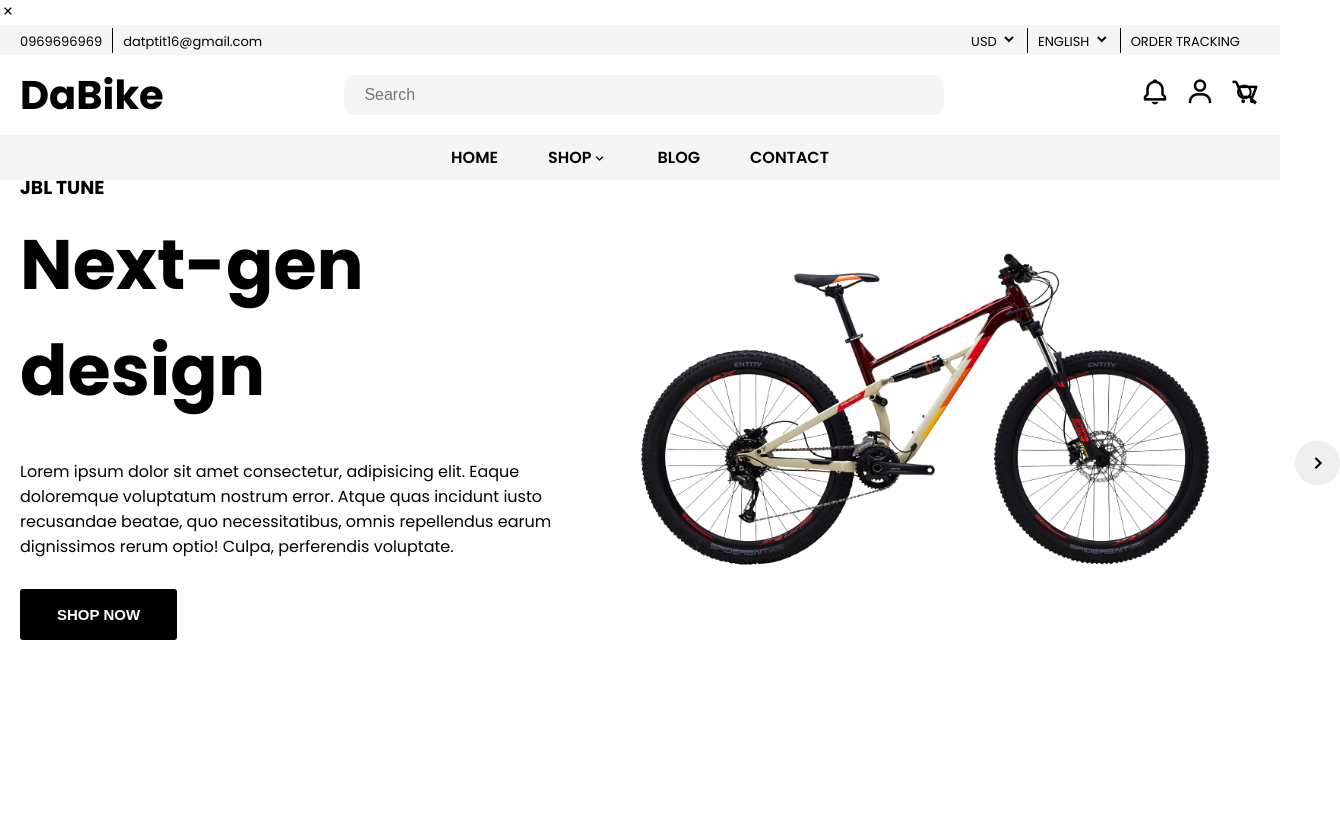
Repository: Datt21/DacMaxx
Page: index.html
These files come from the project's save history. The page is drawn as it stood at one moment and after the next save; the edit follows.
The browser window is 1280 px wide. The page is 1340 px wide, so the pictures cover 1340 px, including what lies to the right of the window. The pictures show the whole page.

Above is the page before, as saved 2021-07-07 01:41:24.

### index.html
<!DOCTYPE html>
<html lang="en">
<head>
    <meta charset="UTF-8">
    <meta http-equiv="X-UA-Compatible" content="IE=edge">
    <meta name="viewport" content="width=device-width, initial-scale=1.0">
    <title>DaBike</title>
    <!--======== FONTS =========-->
    <link rel="preconnect" href="https://fonts.gstatic.com">
    <link rel="stylesheet" href="https://fonts.googleapis.com/css2?family=Poppins:ital,wght@0,100;0,200;0,300;0,400;0,500;0,600;0,700;0,800;0,900;1,100;1,200;1,300;1,400;1,500;1,600;1,700;1,900&display=swap">

    <!--========= ICONS =========-->
    <link rel="stylesheet" href="./boxicons-2.0.7/css/boxicons.min.css">
    <link href='https://unpkg.com/boxicons@2.0.7/css/boxicons.min.css' rel='stylesheet'>

    <!--========= LINK CSS =========-->
    <link rel="stylesheet" href="./css/grid.css">
    <link rel="stylesheet" href="./css/app.css">
</head>
<body>

    <!--========= HEADER ===========-->
    <header>
        <!-- mobile menu -->
        <div class="mobile-menu bg-second">
            <a href="#" class="mb-logo">DaBike</a>

            <span class="mb-menu-toggle mb-menu-close" id="mb-menu-close">
                <i class='bx bx-menu'></i>
            </span>
        </div>
        <!-- end mobile menu -->
        <!-- main header -->
        <div class="header-wrapper" id="header-wrapper">
            <span class="mb-menu-toggle" id="mb-menu-toggle">
                <i class='bx bx-x'></i>
            </span>
            <!-- top header -->
            <div class="bg-second">
                <div class="top-header container">
                    <ul class="devided">
                        <li>
                            <a href="#">0969696969</a>
                        </li>
                        <li>
                            <a href="#">datptit16@gmail.com</a>
                        </li>
                    </ul>
                    <ul class="devided">
                        <li class="dropdown">
                            <a href="">USD</a>
                            <i class='bx bxs-chevron-down' ></i>
                            <ul class="dropdown-content">
                                <li><a href="">VND</a></li>
                                <li><a href="">JPY</a></li>
                                <li><a href="">EUR</a></li>
                            </ul>
                        </li>
                        <li class="dropdown">
                            <a href="">ENGLISH</a>
                            <i class='bx bxs-chevron-down' ></i>
                            <ul class="dropdown-content">
                                <li><a href="">VIETNAMESE</a></li>
                                <li><a href="">JAPANESE</a></li>
                                <li><a href="">FRENCH</a></li>
                                <li><a href="">SPANISH</a></li>
                            </ul>
                        </li>
                        <li><a href="#">ORDER TRACKING</a></li>
                    </ul>
                </div>
            </div>
            <!-- end top header -->
            <!-- mid header -->
            <div class="bg-main">
                <div class="mid-header container">
                    <a href="#" class="logo">DaBike</a>
                    <div class="search">
                        <input type="text" placeholder="Search">
                        <i class='bx bx-search-alt-2' ></i>
                    </div>
                    <ul class="user-menu">
                        <li><a href=""><i class='bx bx-bell' ></i> </a></li>
                        <li><a href=""><i class='bx bx-user' ></i> </a></li>
                        <li><a href=""><i class='bx bx-cart' ></i> </a></li>
                    </ul>
                </div>
            </div>
            <!-- end mid header -->
            <!-- bottom header -->
            <div class="bg-second">
                <div class="bottom-header container">
                    <ul class="main-menu">
                        <li><a href="">Home</a></li>
                        <!-- mega menu -->
                        <li class="mega-dropdown">
                            <a href="./products.html">Shop <i class='bx bx-chevron-down'></i></a>
                            <div class="mega-content">
                                <div class="row">
                                    <div class="col-3">
                                        <div class="box">
                                            <h3>categories</h3>
                                            <ul>
                                                <li><a href="">Doanhnhan</a></li>
                                                <li><a href="">Diahinh</a></li>
                                                <li><a href="">Thethao</a></li>
                                                <li><a href="">Sinhvien</a></li>
                                            </ul>
                                        </div>
                                    </div>
                                    <div class="col-3">
                                        <div class="box">
                                            <h3>categories</h3>
                                            <ul>
                                                <li><a href="">Doanhnhan</a></li>
                                                <li><a href="">Diahinh</a></li>
                                                <li><a href="">Thethao</a></li>
                                                <li><a href="">Sinhvien</a></li>
                                            </ul>
                                        </div>
                                    </div>
                                    <div class="col-3">
                                        <div class="box">
                                            <h3>categories</h3>
                                            <ul>
                                                <li><a href="">Doanhnhan</a></li>
                                                <li><a href="">Diahinh</a></li>
                                                <li><a href="">Thethao</a></li>
                                                <li><a href="">Sinhvien</a></li>
                                            </ul>
                                        </div>
                                    </div>
                                    <div class="col-3">
                                        <div class="box">
                                            <h3>categories</h3>
                                            <ul>
                                                <li><a href="">Doanhnhan</a></li>
                                                <li><a href="">Diahinh</a></li>
                                                <li><a href="">Thethao</a></li>
                                                <li><a href="">Sinhvien</a></li>
                                            </ul>
                                        </div>
                                    </div>
                                </div>
                                <div class="row img-row">
                                    <div class="col-3">
                                        <div class="box">
                                            <img src="./images/531352.png" alt="">
                                        </div>
                                    </div>
                                    <div class="col-3">
                                        <div class="box">
                                            <img src="./images/6489548.png" alt="">
                                        </div>
                                    </div>
                                    <div class="col-3">
                                        <div class="box">
                                            <img src="./images/MTBROMO_N7_2022.png" alt="">
                                        </div>
                                    </div>
                                    <div class="col-3">
                                        <div class="box">
                                            <img src="./images/b1.png" alt="">
                                        </div>
                                    </div>
                                </div>
                            </div>
                        </li>
                        <!-- end mega menu -->
                        <li><a href="">Blog</a></li>
                        <li><a href="">Contact</a></li>
                    </ul>
                </div>
            </div>
            <!-- end bottom header -->
        </div>
        <!-- end main header -->
    </header>
    <!--========= END HEADER ===========-->
    <!--========= MAIN ================-->
    <div class="hero">
        <div class="slider">
            <div class="container">
                <!-- slide item -->
                <div class="slide active">
                    <div class="info">
                        <div class="info-content">
                            <h3 class="top-down">
                                JBL TUNE
                            </h3>

                            <h2 class="top-down trans-delay-0-2">
                                Next-gen design
                            </h2>

                            <p class="top-down trans-delay-0-4">
                                Lorem ipsum dolor sit amet consectetur, adipisicing elit. Eaque doloremque voluptatum nostrum error. Atque quas incidunt iusto recusandae beatae, quo necessitatibus, omnis repellendus earum dignissimos rerum optio! Culpa, perferendis voluptate.
                            </p>

                            <div class="top-down trans-delay-0-6">
                                <button class="btn-flat btn-hover">
                                    <span>shop now</span>
                                </button>
                            </div>
                        </div>
                    </div>
                    <div class="img top-down">
                        <img src="./images/531352.png" alt="">
                    </div>
                </div>
                <!-- end slide item -->
                <!-- slide item -->
                <div class="slide">
                    <div class="info">
                        <div class="info-content">
                            <h3 class="top-down">
                                JBL Quantum One
                            </h3>

                            <h2 class="top-down trans-delay-0-2">
                                Ipsum dolor sit
                            </h2>

                            <p class="top-down trans-delay-0-4">
                                Lorem ipsum dolor sit amet consectetur, adipisicing elit. Eaque doloremque voluptatum nostrum error. Atque quas incidunt iusto recusandae beatae, quo necessitatibus, omnis repellendus earum dignissimos rerum optio! Culpa, perferendis voluptate.
                            </p>

                            <div class="top-down trans-delay-0-6">
                                <button class="btn-flat btn-hover">
                                    <span>shop now</span>
                                </button>
                            </div>
                        </div>
                    </div>
                    <div class="img right-left">
                        <img src="./images/6489548.png" alt="">
                    </div>
                </div>
                <!-- end slide item -->
                <!-- slide item -->
                <div class="slide">
                    <div class="info">
                        <div class="info-content">
                            <h3 class="top-down">
                                JBL JR 310BT
                            </h3>

                            <h2 class="top-down trans-delay-0-2">
                                Amet Consec
                            </h2>

                            <p class="top-down trans-delay-0-4">
                                Lorem ipsum dolor sit amet consectetur, adipisicing elit. Eaque doloremque voluptatum nostrum error. Atque quas incidunt iusto recusandae beatae, quo necessitatibus, omnis repellendus earum dignissimos rerum optio! Culpa, perferendis voluptate.
                            </p>

                            <div class="top-down trans-delay-0-6">
                                <button class="btn-flat btn-hover">
                                    <span>shop now</span>
                                </button>
                            </div>
                        </div>
                    </div>
                    <div class="img left-right">
                        <img src="./images/b1.png" alt="">
                    </div>
                </div>
                <!-- end slide item -->
            </div>
            <!-- slider controller -->
            <button class="slide-controll slide-next">
                <i class='bx bx-chevron-right'></i>
            </button>
            <button class="slide-controll slide-prev">
                <i class='bx bx-chevron-left'></i>
            </button>
            <!-- end slider controller -->
        </div>
    </div>

    <!--========= END MAIN ================-->

     <!--========= JS ==============-->
    <script src="./js/app.js"></script>
    <script src="./js/index.js"></script>
</body>
</html>

### css/grid.css
.row {
    display: flex;
    flex-wrap: wrap;
    margin: 0 -15px;
}

.row-revere{
    flex-direction: row-reverse;
}

[class*="col-"]{
    padding: 0 15px;
    margin-bottom: 20px;
}

.col-1 {
    width: 8.33%;
}
.col-2 {
    width: 16.66%;
}
.col-3 {
    width: 25%;
}
.col-4 {
    width: 33.33%;
}
.col-5 {
    width: 41.66%;
}
.col-6 {
    width: 50%;
}
.col-7 {
    width: 58.33%;
}
.col-8 {
    width: 66.66%;
}
.col-9 {
    width: 75%;
}
.col-10 {
    width: 83.33%;
}
.col-11 {
    width: 91.66%;
}
.col-12 {
    width: 100%;
}

/* medium screen */
@media only screen and (max-width: 1280px) {
    .col-md-1 {
        width: 8.33%;
    }
    .col-md-2 {
        width: 16.66%;
    }
    .col-md-3 {
        width: 25%;
    }
    .col-md-4 {
        width: 33.33%;
    }
    .col-md-5 {
        width: 41.66%;
    }
    .col-md-6 {
        width: 50%;
    }
    .col-md-7 {
        width: 58.33%;
    }
    .col-md-8 {
        width: 66.66%;
    }
    .col-md-9 {
        width: 75%;
    }
    .col-md-10 {
        width: 83.33%;
    }
    .col-md-11 {
        width: 91.66%;
    }
    .col-md-12 {
        width: 100%;
    }
}

@media only screen and (max-width: 750px) {
    .col-sm-1 {
        width: 8.33%;
    }
    .col-sm-2 {
        width: 16.66%;
    }
    .col-sm-3 {
        width: 25%;
    }
    .col-sm-4 {
        width: 33.33%;
    }
    .col-sm-5 {
        width: 41.66%;
    }
    .col-sm-6 {
        width: 50%;
    }
    .col-sm-7 {
        width: 58.33%;
    }
    .col-sm-8 {
        width: 66.66%;
    }
    .col-sm-9 {
        width: 75%;
    }
    .col-sm-10 {
        width: 83.33%;
    }
    .col-sm-11 {
        width: 91.66%;
    }
    .col-sm-12 {
        width: 100%;
}

### css/app.css
:root {
    --main-bg-color:#fff;
    --second-bg-color:#f5f5f5;
    --third-bg-color:#e3e3e3;
    --grey: #4b4b4b;
    --black: #000;
    --red: #c0392b;
    --top-header-size: 30px;
    --mid-header-size: 80px;
    --bottom-header-size: 45px;
    --btn-bg: #000;
    --btn-border-color: #000;
    --btn-color: #fff;

}

*{
    padding: 0;
    margin: 0;
    box-sizing: border-box;
    -webkit-tap-highlight-color: transparent;
}

body{
    font-family: "Poppins", sans-serif;
    overflow-x: hidden;
    position: relative;
    background-color: var(--main-bg-color);
}

button{
    cursor: pointer;
}

a{
    display: inline-block;
    text-decoration: none;
    color: unset;
}

li{
    list-style-type: none;
}

img{
    max-width: 100%;
}

.container{
    max-width: 1366px;
    margin: auto;
    padding: 0 20px;
    position: relative;
}

.bg-second{
    background-color: var(--second-bg-color);
}

.bg-main{
    background-color: var(--main-bg-color);
}

.text-red{
    color: var(--red);
}

.mobile-menu{
    align-items: center;
    justify-content: space-between;
    padding: 10px 30px;
    display: none;
}
.mb-menu-close{
    display: none;
}

.top-header{
    height: 30px;
    display: flex;
    justify-content: space-between;
    align-items: center;
}

.top-header ul{
    display: flex;
}

.top-header a{
    font-size: 13px;
}

ul.devided > li{
    margin-right: 10px;
    padding-right: 10px;
    border-right: 1px solid;
}

ul.devided > li:last-child{
    border-right: none;
}

/* dropdown */
.dropdown{
    position: relative;
}

.dropdown:hover .dropdown-content{
    top: 100%;
    opacity: 1;
    visibility: visible;
}

.dropdown-content{
    display: flex;
    opacity: 0;
    visibility: hidden;
    position: absolute;
    top: calc(100% + 10px);
    background-color: #fff;
    flex-direction: column;
    box-shadow: rgba(100, 100, 111, 0.2) 0px 7px 29px 0;
    transition: all .4s cubic-bezier(0.77, 0, 0.175, 1);
    z-index: 2;
}
.dropdown-content > li > a{
    padding: 10px;
}

.dropdown-content > li:hover > a {
    color: var(--red);
}
/* end dropdown */

.mid-header{
    display: flex;
    align-items: center;
    justify-content: space-between;
    height: 80px;
    background-color: var(--main-bg-color);
}

.logo{
    font-size: 40px;
    font-weight: 700;
}

.mb-logo{
    font-size: 25px;
    font-weight: 700;
}

.search{
    width: 600px;
    height: 40px;
}

.search input{
    height: 100%;
    width: 100%;
    font-size: 16px;
    outline: 0;
    padding: 0 20px;
    border-radius: 10px;
    border: 0;
    background-color: var(--second-bg-color);
}

.search i{
    position: absolute;
    top: 50%;
    transform: translateY(-50%);
    font-size: 25px;
    right: 20px;
    cursor: pointer;
}

.user-menu{
    display: flex;
}

.user-menu > li > a{
    font-size: 30px;
    margin-left: 15px;
}

.bottom-header{
    display: flex;
    justify-content: space-between;
    align-items: center;
}

.main-menu{
    display: flex;
    height: var(--bottom-header-size);
    margin: auto;
}

.main-menu > li > a {
    display: flex;
    align-items: center;
    margin: 0 25px;
    font-weight: 600;
    height: 100%;
    text-transform: uppercase;
}


.main-menu > li {
    border-bottom: 2px solid transparent;
    border-top: 2px solid transparent;
}

.main-menu > li:hover{
    border-bottom: 2px solid var(--black);
}

/* mega menu */
.mega-content{
    opacity: 0;
    visibility: hidden;
    position: absolute;
    left: 0;
    background-color: var(--main-bg-color);
    width: 100%;
    top: calc(100% + 100px);
    z-index: 2;
    box-shadow: rgba(100, 100, 111, 0.2) 0px 7px 29px 0;
    transition: all 0.4s cubic-bezier(0.77, 0, 0.175, 1);
}


.mega-dropdown:hover .mega-content {
    opacity: 1;
    visibility: visible;
    top: 100%;
}

.mega-content h3{
    margin: 20px 0;
    padding-left: 20px;
}

.mega-content ul{
    display: flex;
    flex-direction: column;
}

.mega-content ul > li > a{
    font-weight: normal;
    border-bottom: 2px dashed #f5f5f5;
    transition: padding-left 0.2s ease-in-out;
    padding: 10px 20px;
}

.mega-content ul > li > a:hover{
    padding-left: 10px;
}
/* end mega menu */
.box{
    padding: 20px;
}

/* Main */
.hero{
   height: calc(
       100vh - (
           var(--top-header-size) + var(--mid-header-size) +
              var(--bottom-header-size)
       )
       );
       padding: 0 20px;
}

.slider,
.slider .container{
    height: 100%;
    position: relative;
}

/* .slide{
    position: absolute;
    height: 100%;
    inset: 0;
    overflow: hidden; */
    /* visibility: hidden;
    /* display: flex; */
/* }  */

/* .slide.active{
    visibility: visible;
} */

/* .slide .info{
    width: 40%;
    display: flex;
    flex-direction: column;
    height: 10%;
} */

.slide{
    display: flex;
    height: 100%;
    inset: 0;
    overflow: hidden;
    visibility: hidden;
    position: absolute;
    /* max-width: max-content; */

}

.slide.active{
    visibility: visible;
}

.slide .info{
    width: 50%;
    display: flex;
    flex-direction: column;
    height: 80%;
    justify-content: center;
}


.info-content h2{
    font-size: 70px;
    margin: 10px 0 35px;
}

.info-content button {
    margin-top: 30px;
}

.slide .img{
    width: 50%;
    display: flex;
    justify-content: center;
    align-items: center;
    margin-left:  50px;
    margin-right: 50px;
    height: 80%;;
}

.img img{
    transform: rotate(-70deg);
    transform-origin: bottom;
    opacity: 0;
    transition: transform 1s cubic-bezier(0.175, 0.885, 0.32, 1.275),
        opacity 0.6s ease 0s;
}
.slide.active .img img{
    transform: rotate(0);
    opacity: 1;
}

.btn-flat{
    display: inline-block;
    border: 2px solid var(--btn-border-color);
    background-color: var(--btn-bg);
    color: var(--btn-color);
    padding: 15px 35px;
    font-size: 15px;
    outline: 0;
    font-weight: 600;
    text-transform: uppercase;
    border-radius: 3px;
    /* transition: 0.3s; */
}
.btn-hover{
    transition: all 0.3s ease-in-out;
}
.btn-hover:hover{
    background-color: var(--second-bg-color);
    color: var(--btn-bg);
}
.slide-controll{
    position: absolute;
    top: 50%;
    transform: translateY(-50%);
    outline: 0;
    border: 0;
    border-radius: 50%;
    font-size: 25px;
    display: flex;
    align-items: center;
    padding: 10px;
    transition: all 0.3s cubic-bezier(0.77, 0, 0.175, 1);
}

.slide-controll:hover{
    background-color: var(--btn-bg);
    color: var(--btn-color);
}

.slide-next{
    right: -80px;
}

.slide-prev{
    left: -80px;
}

.slider:hover .slide-next{
    right: 50px;
}

.slider:hover .slide-prev{
    left: 50px;
}

### js/index.js
let slide_index = 0
let slide_play = true
let slides = document.querySelectorAll('.slide')

hideAllSlide = () => {
    slides.forEach(e => {
        e.classList.remove('active')
    })
}

showSlide = () => {
    hideAllSlide()
    slides[slide_index].classList.add('active')
}

nextSlide = () => slide_index = slide_index + 1 === slides.length ? 0 : slide_index + 1

prevSlide = () => slide_index = slide_index - 1 < 0 ? slides.length - 1 : slide_index - 1

// pause slide when hover slider

document.querySelector('.slider').addEventListener('mouseover', () => slide_play = false)

// enable slide when mouse leave out slider
document.querySelector('.slider').addEventListener('mouseleave', () => slide_play = true)

// slider controll

document.querySelector('.slide-next').addEventListener('click', () => {
    nextSlide()
    showSlide()
})

document.querySelector('.slide-prev').addEventListener('click', () => {
    prevSlide()
    showSlide()
})

showSlide();

// setInterval(() => {
//     if(!slide_play) return
//         nextSlide()
//         showSlide()
// },2000);

Loaded but not shown: boxicons-2.0.7/css/boxicons.min.css (library); js/app.js (no copy from this time; the picture is the same without it)

After the next save:
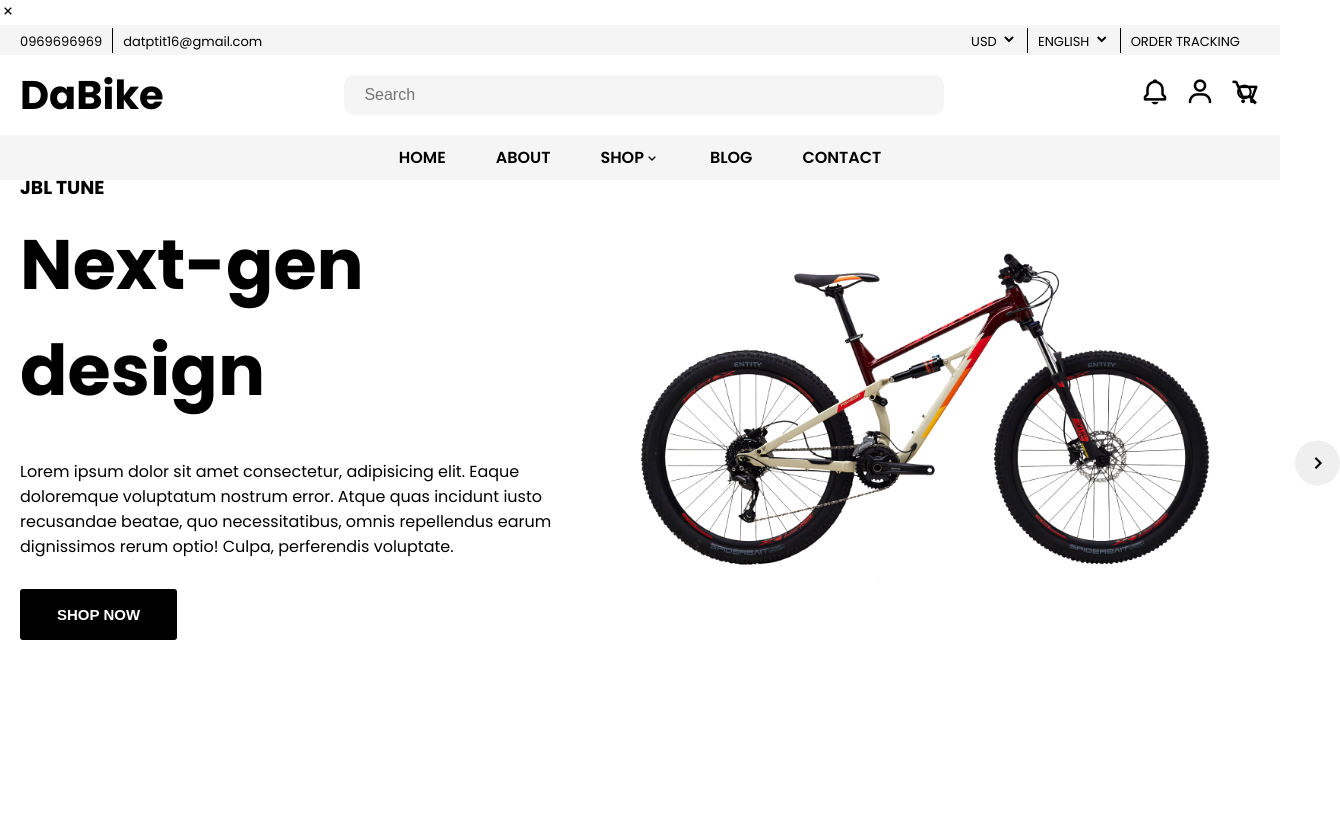
Saved 3 min 56 s later.
--- a/index.html
+++ b/index.html
@@ -92,6 +92,7 @@
                 <div class="bottom-header container">
                     <ul class="main-menu">
                         <li><a href="">Home</a></li>
+                        <li><a href="">About</a></li>
                         <!-- mega menu -->
                         <li class="mega-dropdown">
                             <a href="./products.html">Shop <i class='bx bx-chevron-down'></i></a>
